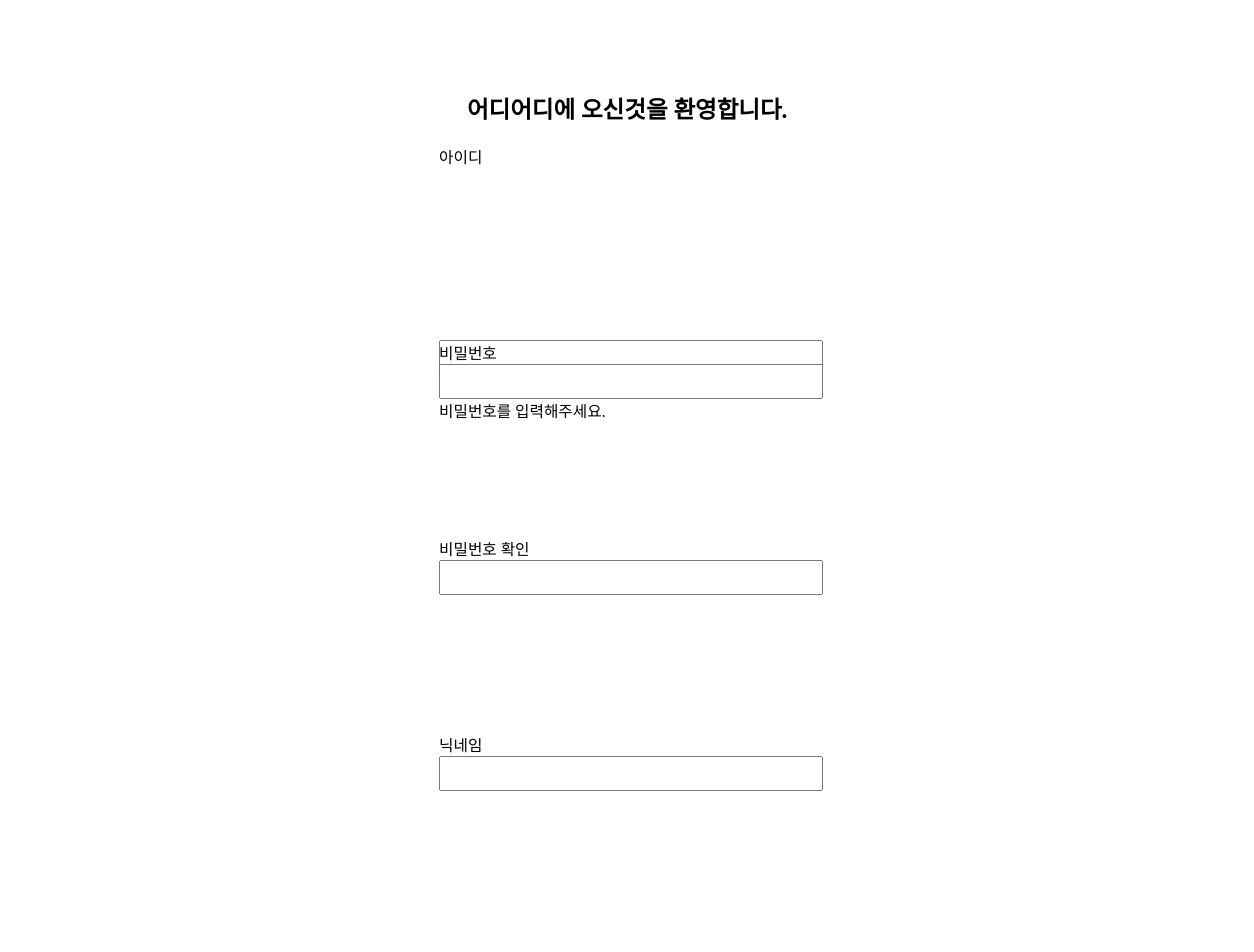
Repository: zzangyu/koreanFoodsProject
Page: http://localhost/koreanFoodsProject/koreanFoods/signUp.jsp
The author's editor kept a copy of each file at every save. The page is drawn from the files as they stood at one save, then again after the next save.
The browser window is 1280 px wide. The pictures show the whole page, at 98% of full size.
The page is served by Tomcat 9.

Above is the page before, as saved 2022-12-29 07:07:55.

After the next save:
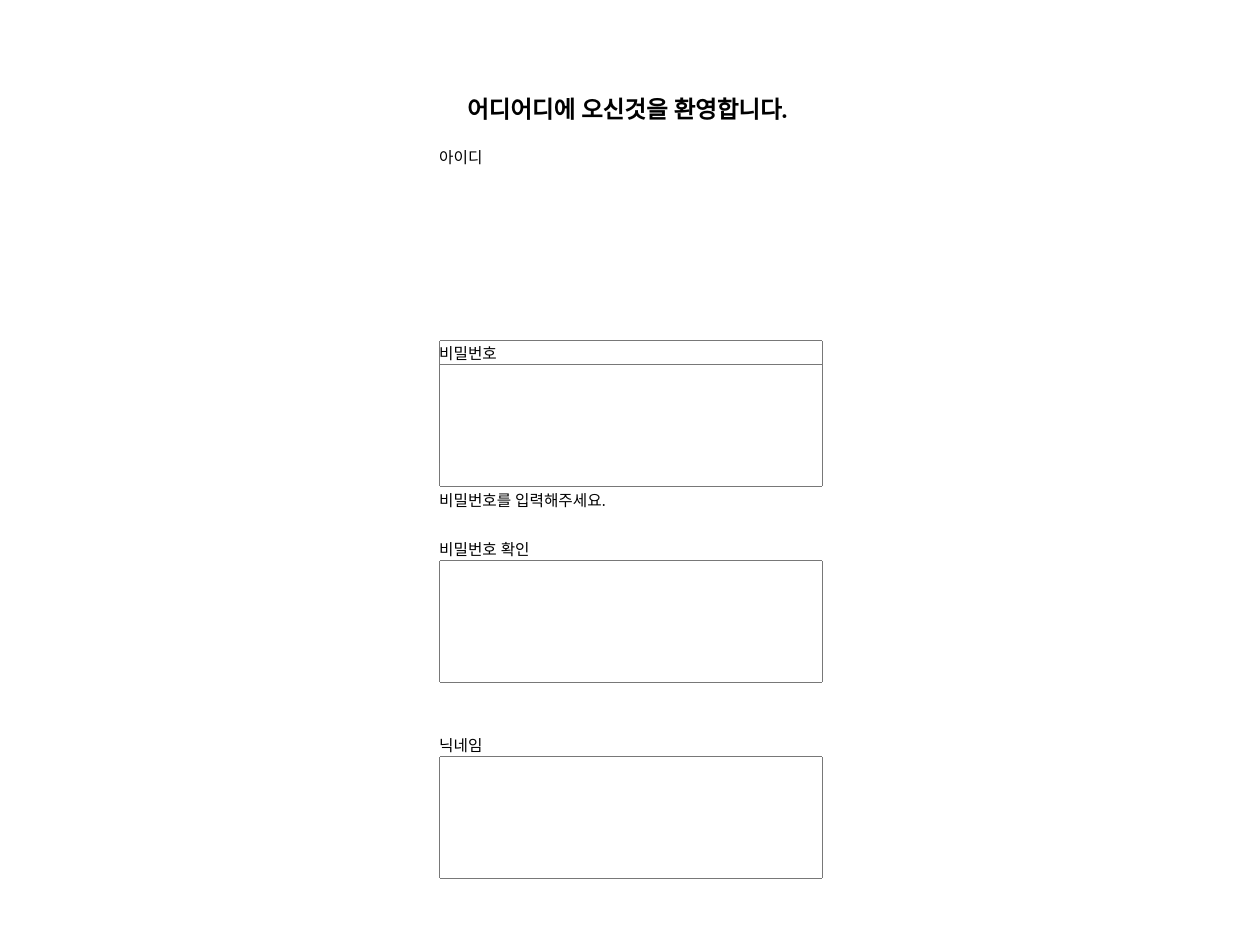
Saved 14 s later.
--- a/koreanFoodsProject/src/main/webapp/koreanFoods/css/kFoods.css
+++ b/koreanFoodsProject/src/main/webapp/koreanFoods/css/kFoods.css
@@ -34,5 +34,5 @@ a {
 }
 .signUp_input {
 	width: 100%;
-	height: 30px;
+	height: 120px;
 }
